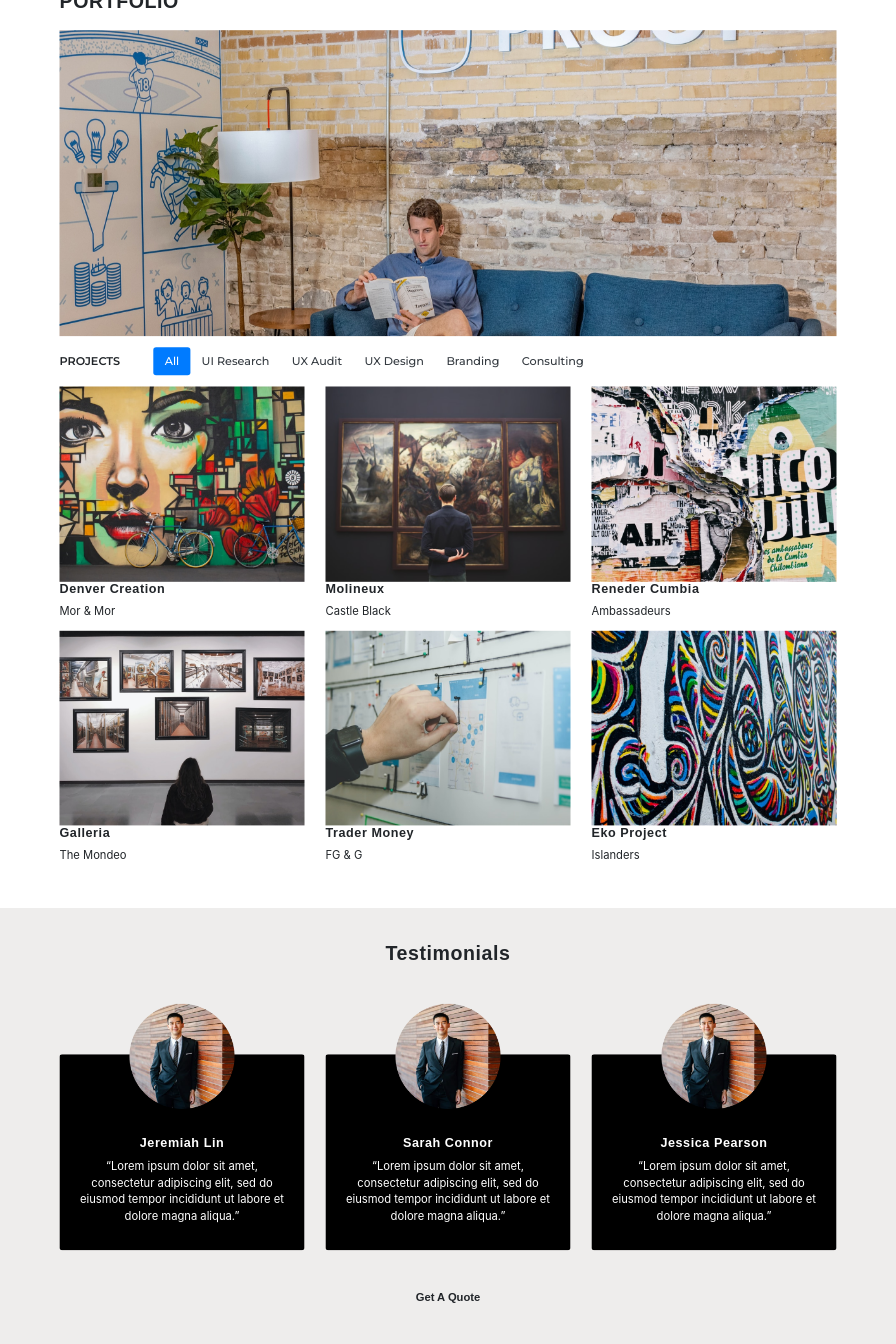
Repository: Syfon01/hng-port
Page: index.html
The author's editor kept a copy of each file at every save. The page is drawn from the files as they stood at one save, then again after the next save.
The browser window is 1280 px wide. The pictures show the part of the page from y = 1963 to 3883 px (the page is 3883 px tall), at 70% of full size.
Some web fonts or font styles are not loaded; a fallback is used.

Above is the page before, as saved 2020-06-28 19:39:05.

After the next save:
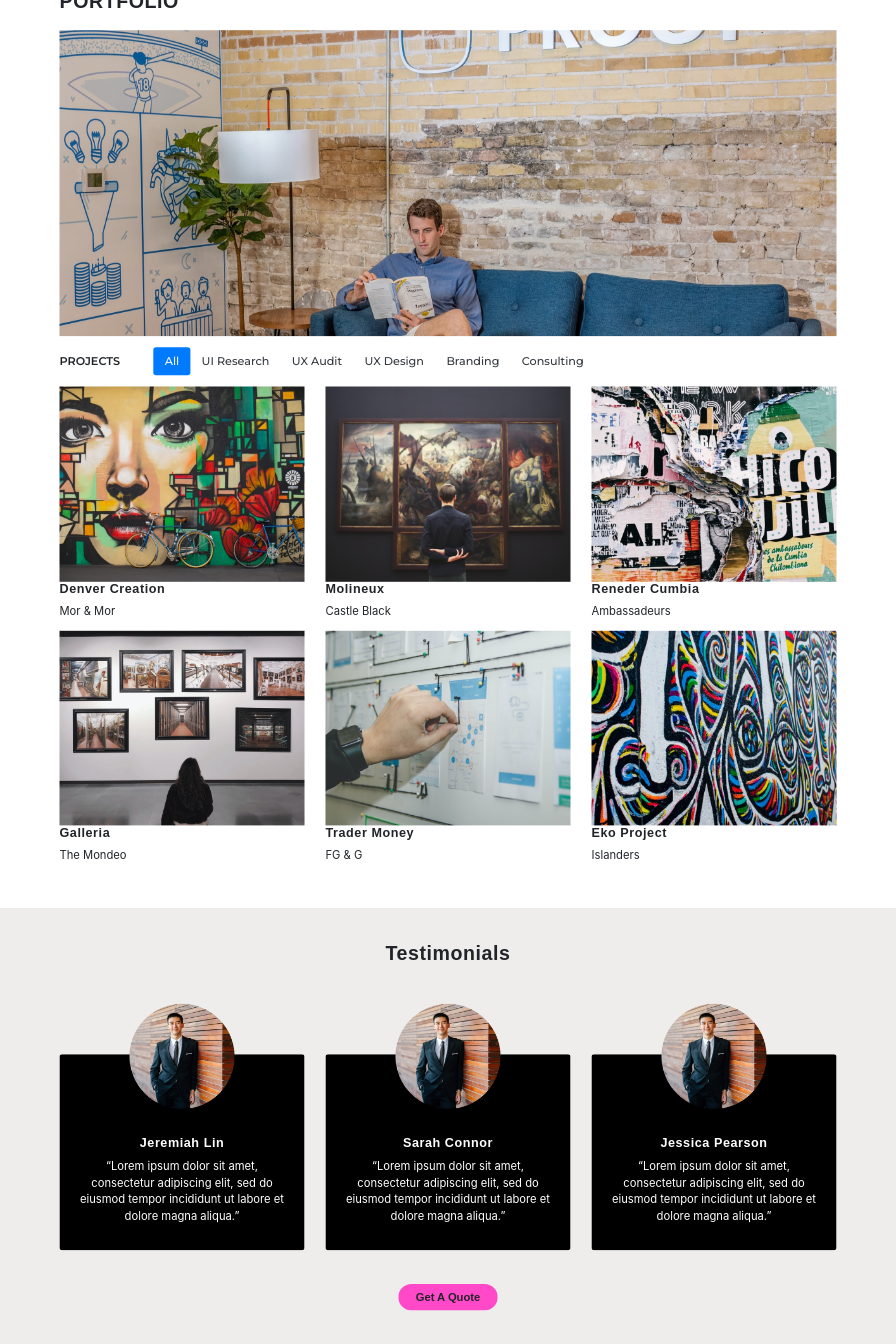
Saved 4 s later.
--- a/style.css
+++ b/style.css
@@ -99,6 +99,6 @@ h5{
 }
 
 .btn-pink{
-  backgroung-color: #FF49C8;
+  background-color: #FF49C8;
 
 }
